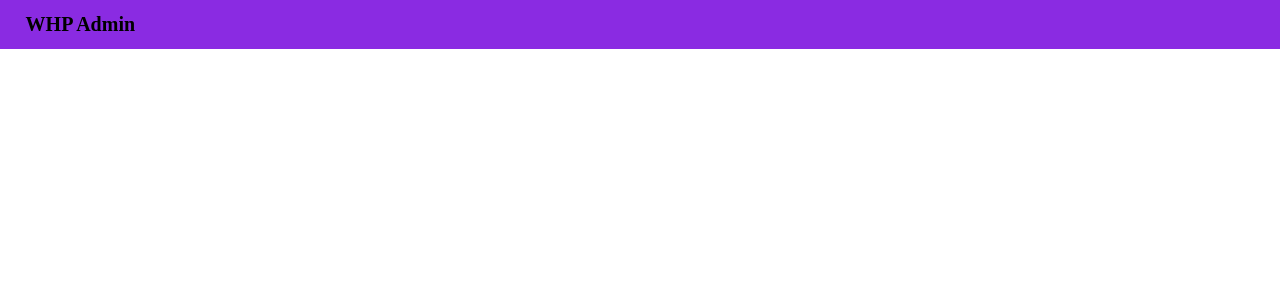
Repository: sabinaPetrisor/World_Hour_Project
Page: http://localhost/WorldHourProject/jsp/add-country.jsp
An editor plug-in stored every save of this project. The page is shown before and after the next save, followed by the edit.
The browser window is 1280 px wide. The pictures show the whole page.
The page is served by Tomcat 9.

Above is the page before, as saved 2023-08-04 12:05:29.

After the next save:
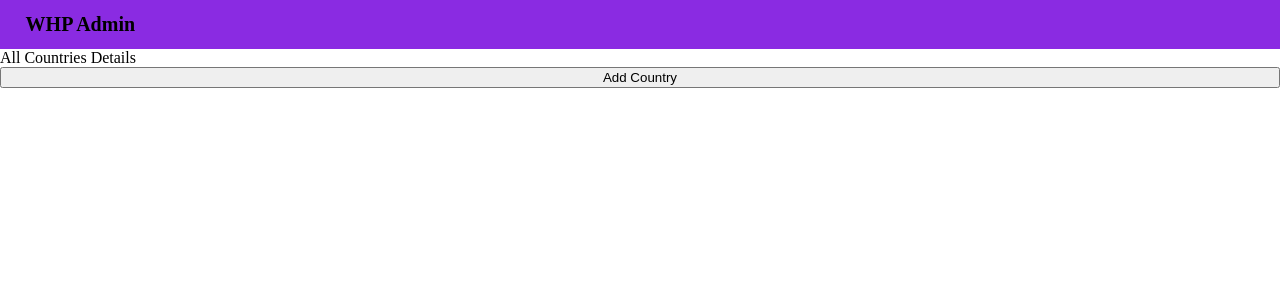
Saved 64 s later.
--- a/WorldHourProject/src/main/webapp/jsp/add-country.jsp
+++ b/WorldHourProject/src/main/webapp/jsp/add-country.jsp
@@ -10,5 +10,12 @@
 </head>
 <body>
 	<%@include file="navbar.jsp" %>
+
+	<div class="content-container">
+		<p class="content-container-title">All Countries Details</p>
+		<div class="btn-container">
+			<button class="add-button">Add Country</button>
+		</div>
+	</div>
 </body>
 </html>

After the save that followed:
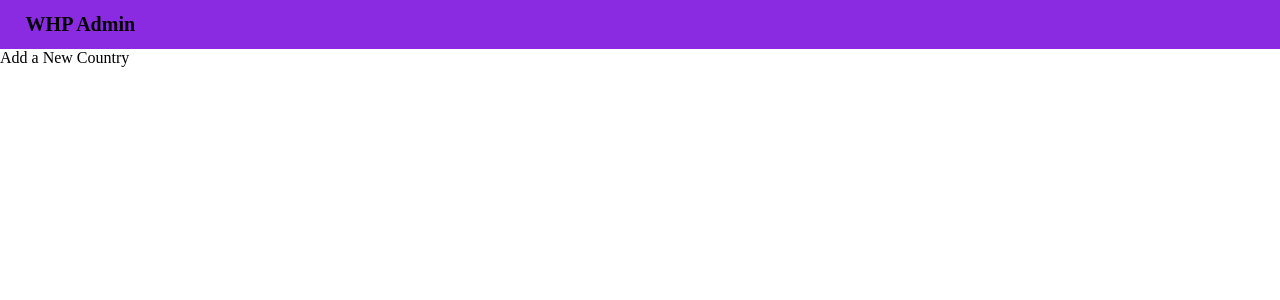
Saved 22 s later.
--- a/WorldHourProject/src/main/webapp/jsp/add-country.jsp
+++ b/WorldHourProject/src/main/webapp/jsp/add-country.jsp
@@ -12,10 +12,7 @@
 	<%@include file="navbar.jsp" %>
 
 	<div class="content-container">
-		<p class="content-container-title">All Countries Details</p>
-		<div class="btn-container">
-			<button class="add-button">Add Country</button>
-		</div>
+		<p class="content-container-title">Add a New Country</p>
 	</div>
 </body>
 </html>
